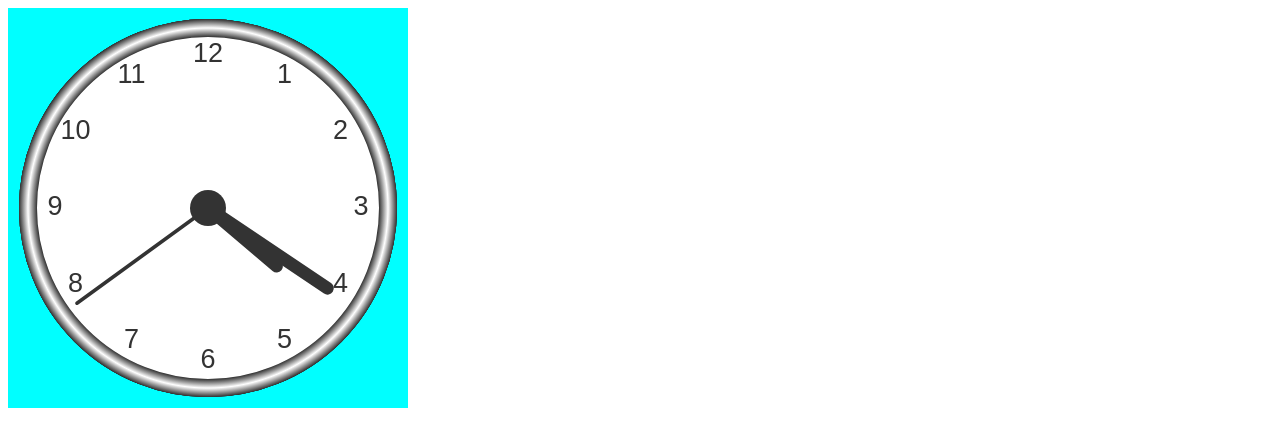
Repository: ManojAndroid/WellcomeToAndroidApp
Page: AddressBook_App/Canvas_Project/WebContent/Clock.html
These files come from the project's save history. The page is drawn as it stood at one moment and after the next save; the edit follows.
The browser window is 1280 px wide. The pictures show the whole page.

Above is the page before, as saved 2017-04-20 13:06:39.

### AddressBook_App/Canvas_Project/WebContent/Clock.html
<!DOCTYPE html>
<html>
<body>

<canvas id="canvas" width="400" height="400"
style="background-color:cyan">
</canvas>

<script>
var canvas = document.getElementById("canvas");
var ctx = canvas.getContext("2d");
var radius = canvas.height / 2;
ctx.translate(radius, radius);
radius = radius * 0.90
setInterval(drawClock, 1000);

function drawClock() {
  drawFace(ctx, radius);
  drawNumbers(ctx, radius);
  drawTime(ctx, radius);
}

function drawFace(ctx, radius) {
  var grad;
  ctx.beginPath();
  ctx.arc(0, 0, radius, 0, 2*Math.PI);
  ctx.fillStyle = 'white';
  ctx.fill();
  grad = ctx.createRadialGradient(0,0,radius*0.95, 0,0,radius*1.05);
  grad.addColorStop(0, '#333');
  grad.addColorStop(0.5, 'white');
  grad.addColorStop(1, '#333');
  ctx.strokeStyle = grad;
  ctx.lineWidth = radius*0.1;
  ctx.stroke();
  ctx.beginPath();
  ctx.arc(0, 0, radius*0.1, 0, 2*Math.PI);
  ctx.fillStyle = '#333';
  ctx.fill();
}

function drawNumbers(ctx, radius) {
  var ang;
  var num;
  ctx.font = radius*0.15 + "px arial";
  ctx.textBaseline="middle";
  ctx.textAlign="center";
  for(num = 1; num < 13; num++){
    ang = num * Math.PI / 6;
    ctx.rotate(ang);
    ctx.translate(0, -radius*0.85);
    ctx.rotate(-ang);
    ctx.fillText(num.toString(), 0, 0);
    ctx.rotate(ang);
    ctx.translate(0, radius*0.85);
    ctx.rotate(-ang);
  }
}

function drawTime(ctx, radius){
    var now = new Date();
    var hour = now.getHours();
    var minute = now.getMinutes();
    var second = now.getSeconds();
    //hour
    hour=hour%12;
    hour=(hour*Math.PI/6)+
    (minute*Math.PI/(6*60))+
    (second*Math.PI/(360*60));
    drawHand(ctx, hour, radius*0.5, radius*0.07);
    //minute
    minute=(minute*Math.PI/30)+(second*Math.PI/(30*60));
    drawHand(ctx, minute, radius*0.8, radius*0.07);
    // second
    second=(second*Math.PI/30);
    drawHand(ctx, second, radius*0.9, radius*0.02);
}

function drawHand(ctx, pos, length, width) {
    ctx.beginPath();
    ctx.lineWidth = width;
    ctx.lineCap = "round";
    ctx.moveTo(0,0);
    ctx.rotate(pos);
    ctx.lineTo(0, -length);
    ctx.stroke();
    ctx.rotate(-pos);
}
</script>

</body>
</html>

After the next save:
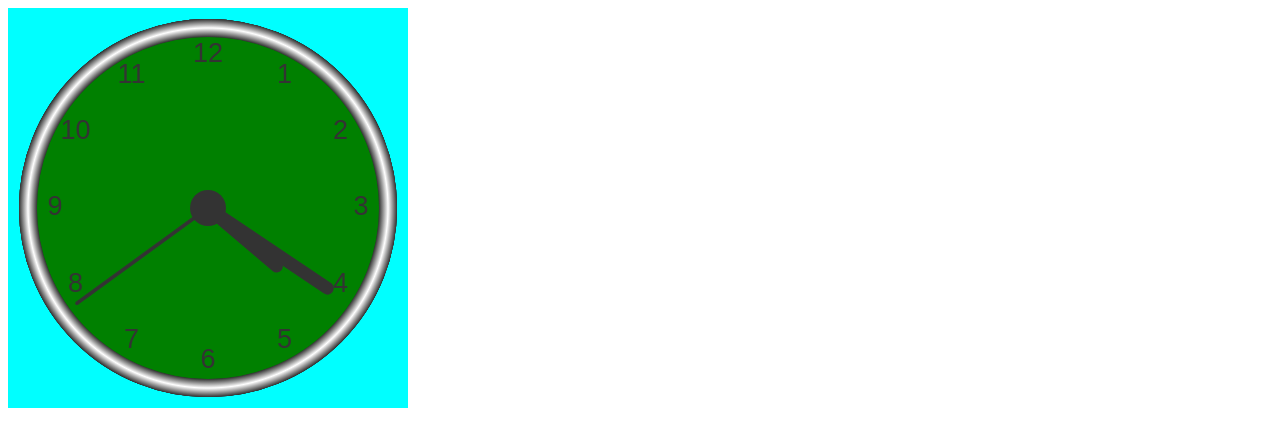
Saved 35 s later.
--- a/AddressBook_App/Canvas_Project/WebContent/Clock.html
+++ b/AddressBook_App/Canvas_Project/WebContent/Clock.html
@@ -24,7 +24,7 @@ function drawFace(ctx, radius) {
   var grad;
   ctx.beginPath();
   ctx.arc(0, 0, radius, 0, 2*Math.PI);
-  ctx.fillStyle = 'white';
+  ctx.fillStyle = 'green';
   ctx.fill();
   grad = ctx.createRadialGradient(0,0,radius*0.95, 0,0,radius*1.05);
   grad.addColorStop(0, '#333');
